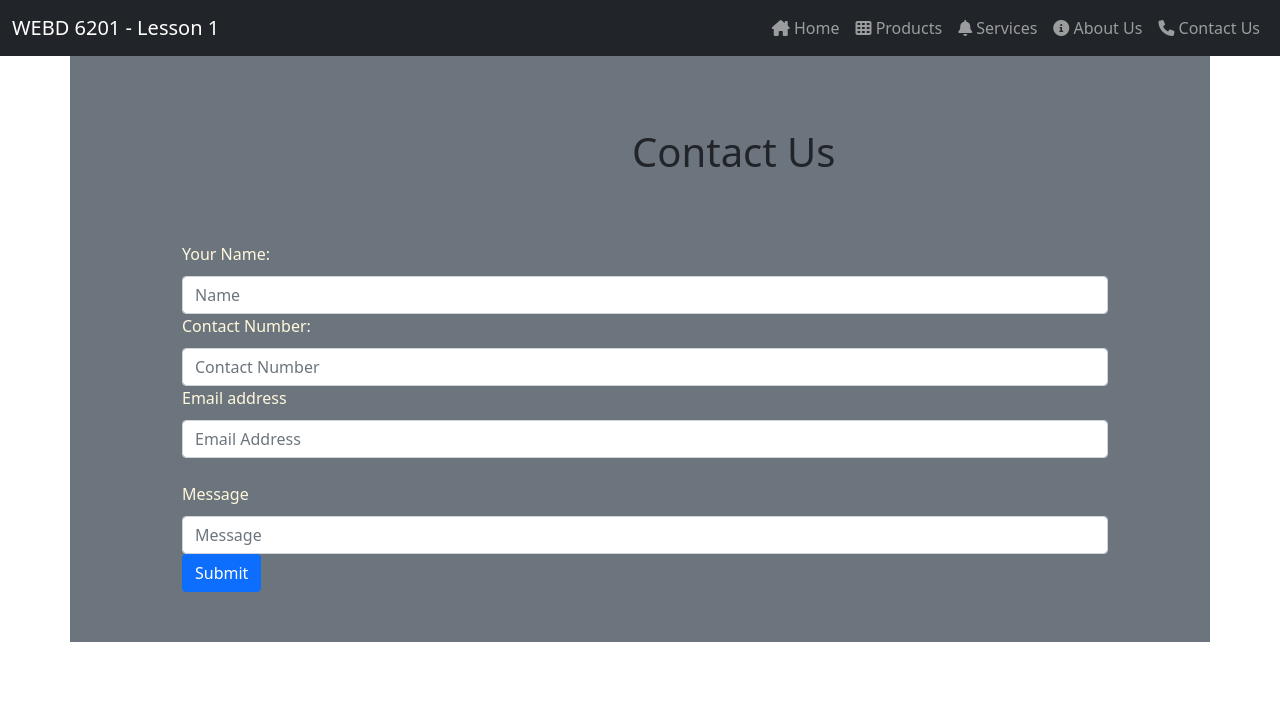
Repository: devanshudave1901/DevanshuDave_AngaranYogeswaranLab2
Page: contact.html
These files come from the project's save history. The page is drawn as it stood at one moment and after the next save; the edit follows.
The browser window is 1280 px wide. The pictures show the whole page.

Above is the page before, as saved 2022-02-10 12:28:48.

After the next save:
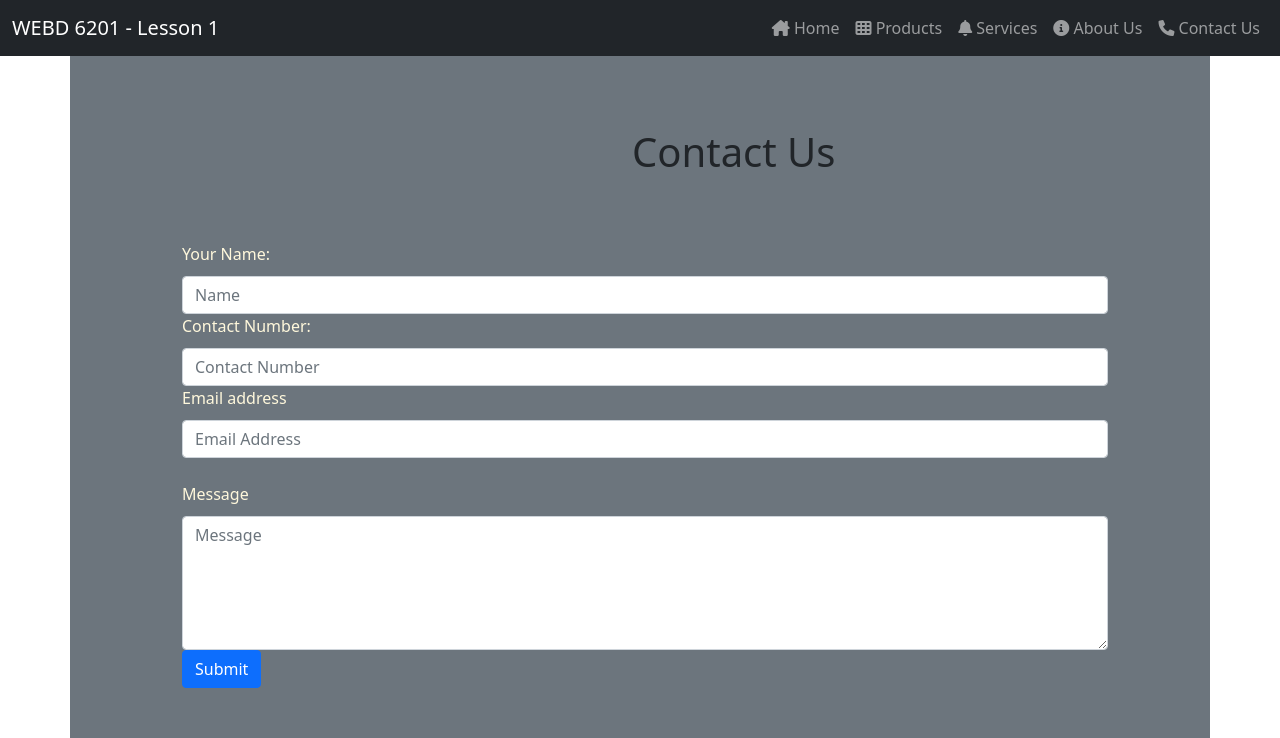
Saved 107 s later.
--- a/contact.html
+++ b/contact.html
@@ -101,13 +101,12 @@
         <br />
         <div class="form-group">
           <label for="InputMessage">Message</label>
-          <input
-            type="text"
+          <textarea
             class="form-control"
             id="InputMessage"
             placeholder="Message"
-            rows="3"
-          />
+            rows="5"
+          ></textarea>
         </div>
 
         <button type="submit" class="btn btn-primary">Submit</button>
